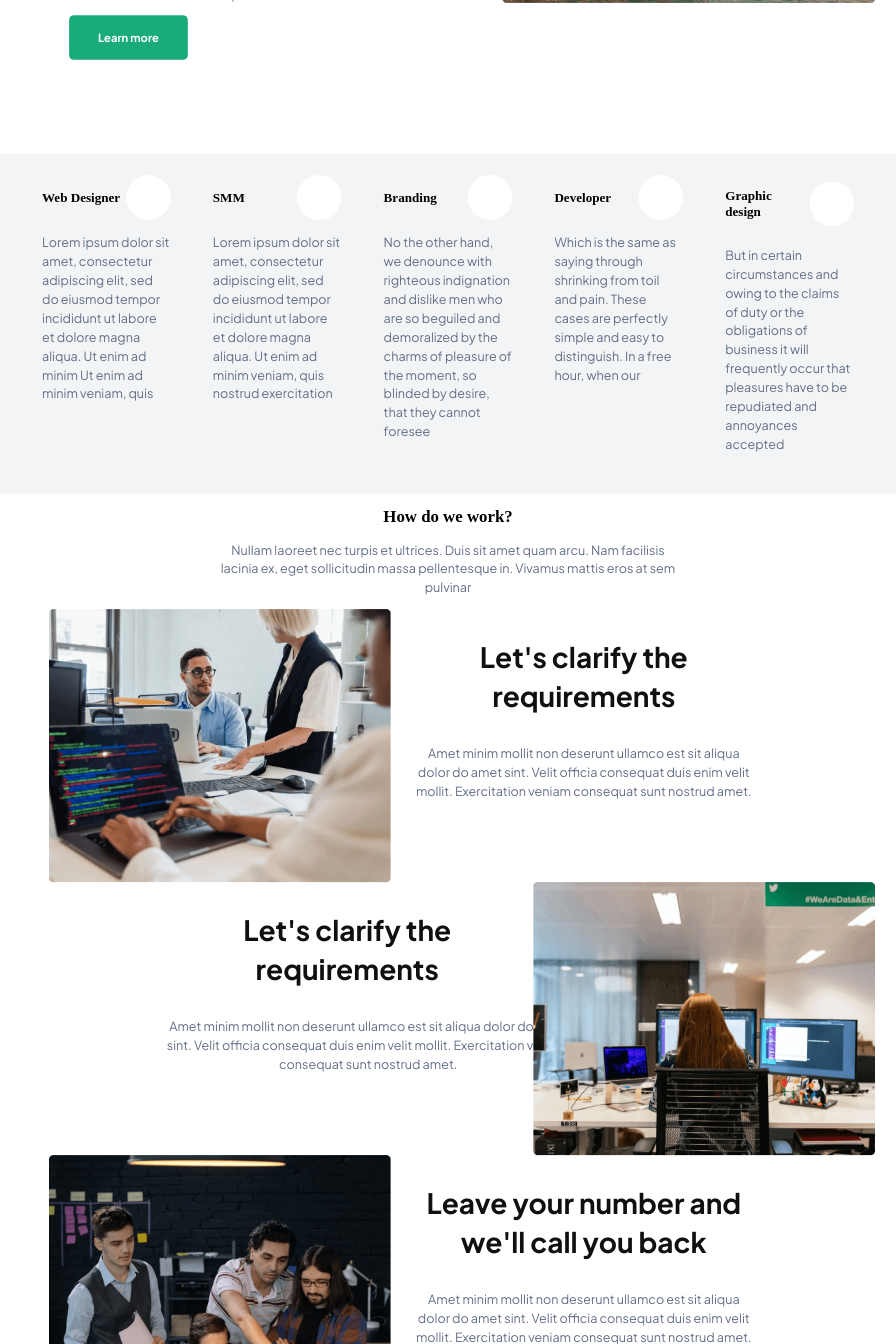
Repository: UlugbekAbdurasulov/pixar
Page: index.html
The author's editor kept a copy of each file at every save. The page is drawn from the files as they stood at one save, then again after the next save.
The browser window is 1280 px wide. The pictures show the part of the page from y = 543 to 2463 px (the page is 2908 px tall before and 3088 px after), at 70% of full size.

Above is the page before, as saved 2023-06-05 04:29:25.

After the next save:
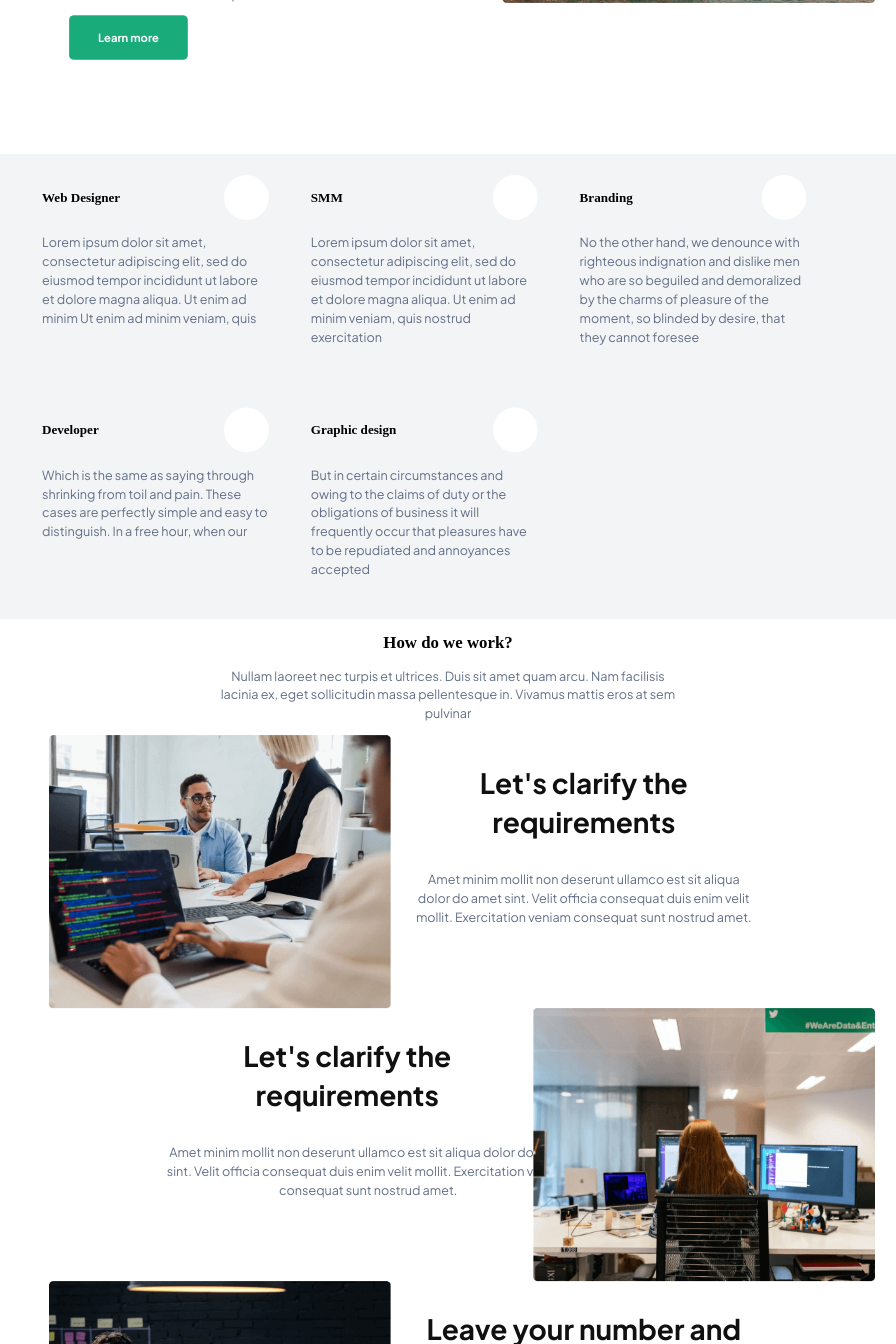
Saved 4 s later.
--- a/css/main.css
+++ b/css/main.css
@@ -266,7 +266,7 @@ flex-grow: 0;
 
 .service-list{
   display: flex;
-  flex-wrap: ;
+  flex-wrap: wrap;
   align-self: flex-start;
 
 }
